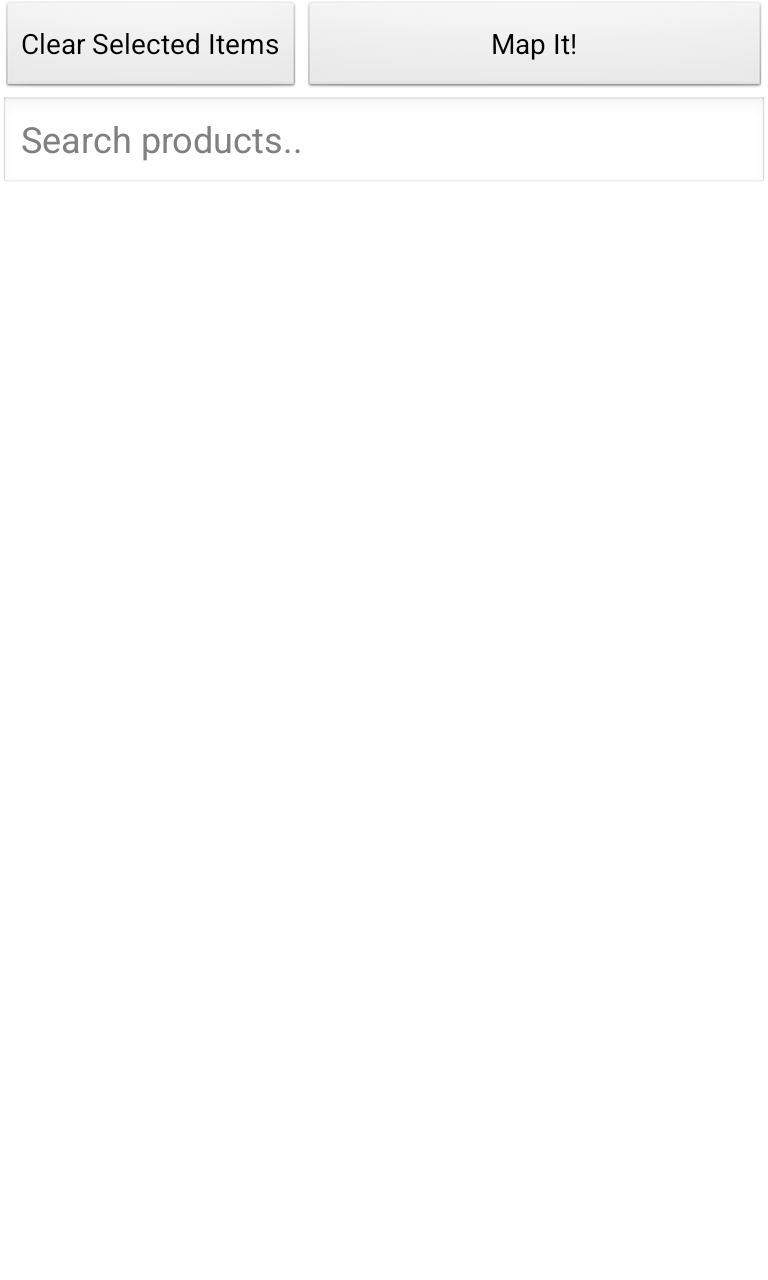
Repository: ernopp/ShopMap
Layout: Feb8AndroidListViewSearch/res/layout/activity_main.xml
An editor plug-in stored every save of this project. The layout is shown before and after the next save, followed by the edit.
It is drawn on a 768 x 1280 px phone screen (xhdpi) without system bars, with theme AppTheme; the app's code is not run. Lists and similar views that code fills are empty.

Above is the layout before, as saved 2013-02-09 02:05:50.

After the next save:
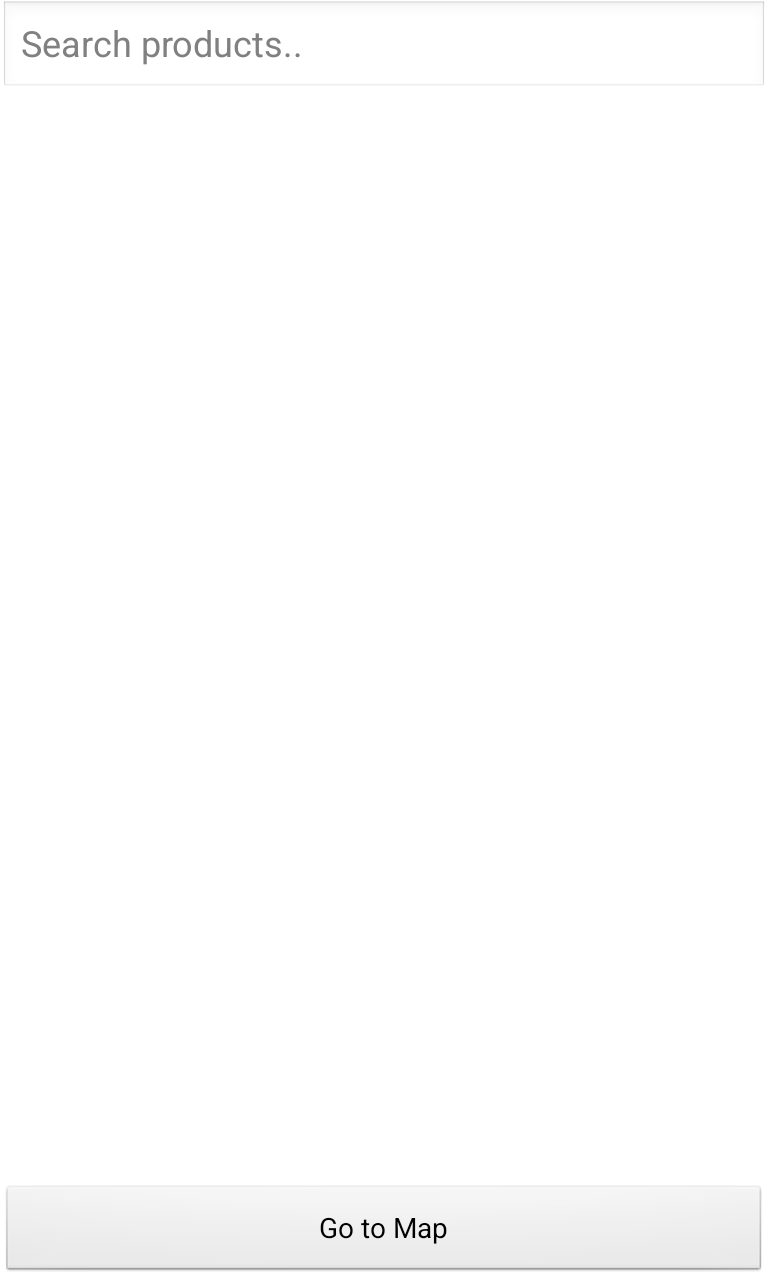
Saved 21 h 2 min later.
--- a/Feb8AndroidListViewSearch/res/layout/activity_main.xml
+++ b/Feb8AndroidListViewSearch/res/layout/activity_main.xml
@@ -4,40 +4,91 @@
     android:layout_height="fill_parent"
     android:orientation="vertical" >
 
-    <RelativeLayout xmlns:android="http://schemas.android.com/apk/res/android"
-    android:id="@+id/relativeLayout1"
-    android:layout_width="fill_parent"
-    android:layout_height="wrap_content" >
-    <Button
-        android:id="@+id/button1"
-        android:layout_width="wrap_content"
-        android:layout_height="wrap_content"
-        android:layout_alignParentLeft="true"
 
-        android:text="Clear Selected Items" />
+    <RelativeLayout
+        android:layout_width="match_parent"
+        android:layout_height="match_parent" >
 
-    <Button
-        android:id="@+id/button2"
-        android:layout_width="wrap_content"
-        android:layout_height="wrap_content"
-        android:layout_alignParentRight="true"
-        android:layout_toRightOf="@+id/button1"
-        android:text="Map It!" />
+        <TabHost
+            android:id="@+id/tabhost"
+            android:layout_width="match_parent"
+            android:layout_height="match_parent"
+            android:layout_alignParentLeft="true"
+            android:layout_alignParentTop="true"
+             >
+
+            <LinearLayout
+                android:layout_width="match_parent"
+                android:layout_height="match_parent"
+                android:orientation="vertical" >
+
+                <TabWidget
+                    android:id="@android:id/tabs"
+                    android:layout_width="match_parent"
+                    android:layout_height="wrap_content" >
+                </TabWidget>
+
+                <FrameLayout
+                    android:id="@android:id/tabcontent"
+                    android:layout_width="match_parent"
+                    android:layout_height="match_parent">
+
+                    <LinearLayout
+                        android:id="@+id/tab1"
+                        android:layout_width="match_parent"
+                        android:layout_height="match_parent" >
+
+                        <RelativeLayout
+                            android:layout_width="match_parent"
+                            android:layout_height="match_parent" >
+
+    					<!-- Editext for Search -->
+					    <EditText android:id="@+id/inputSearch"
+					    	android:layout_width="fill_parent"
+					    	android:layout_height="wrap_content"
+					    	android:hint="Search products.."
+					    	android:inputType="textVisiblePassword"/>
+
+						<!-- List View with multipleChoice checkbox enabled-->
+					    <ListView
+					        android:id="@+id/list_view"
+					        android:layout_width="fill_parent"
+					        android:layout_height="wrap_content"
+					        android:choiceMode="multipleChoice"	 />
+					    <Button
+                                android:id="@+id/button2"
+                                android:layout_width="wrap_content"
+                                android:layout_height="wrap_content"
+                                android:layout_alignParentBottom="true"
+                                android:layout_alignParentLeft="true"
+                                android:layout_alignParentRight="true"
+                                android:text="Go to Map" />
+
+                        </RelativeLayout>
+
+                    </LinearLayout>
+
+                    <LinearLayout
+                        android:id="@+id/tab2"
+                        android:layout_width="match_parent"
+                        android:layout_height="match_parent">
+
+                        <RelativeLayout
+                            android:layout_width="match_parent"
+                            android:layout_height="match_parent" >
+						    <!-- List View with multipleChoice checkbox enabled-->
+						    <ListView
+						        android:id="@+id/list_view"
+						        android:layout_width="fill_parent"
+						        android:layout_height="wrap_content"
+						        android:choiceMode="multipleChoice"	 />
+						</RelativeLayout>
+					</LinearLayout>
+					</FrameLayout>
+            </LinearLayout>
+        </TabHost>
 
     </RelativeLayout>
 
-    <!-- Editext for Search -->
-    <EditText android:id="@+id/inputSearch"
-    	android:layout_width="fill_parent"
-    	android:layout_height="wrap_content"
-    	android:hint="Search products.."
-    	android:inputType="textVisiblePassword"/>
-
-	<!-- List View with multipleChoice checkbox enabled-->
-    <ListView
-        android:id="@+id/list_view"
-        android:layout_width="fill_parent"
-        android:layout_height="wrap_content"
-        android:choiceMode="multipleChoice"	 />
 
 </LinearLayout>
